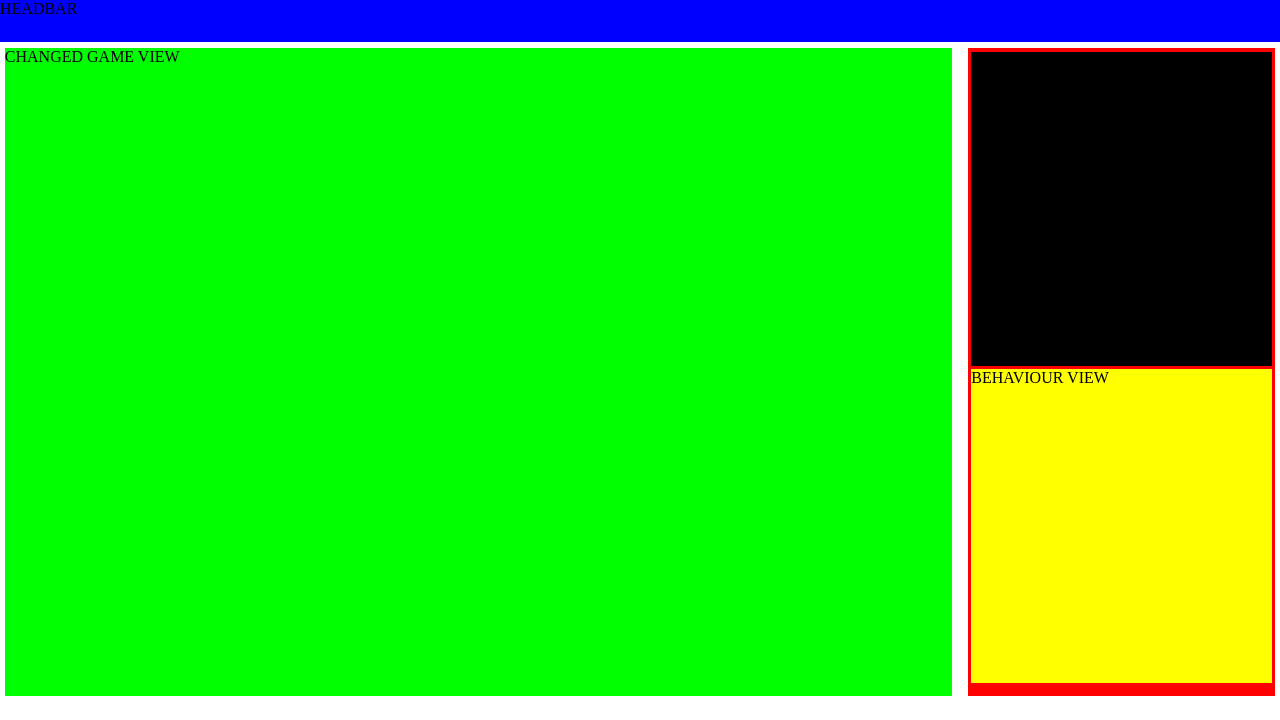
Repository: n-donnelly/onlinegameproto
Page: Content/main.html
The author's editor kept a record of every edit. The page is drawn from the files as they stood at one moment, then again after the next edit.
The browser window is 1280 px wide. The pictures show the whole page.

Above is the page before.

### Content/main.html
<!DOCTYPE html>
<!-- HTML5 Hello world by kirupa - http://www.kirupa.com/html5/getting_your_feet_wet_html5_pg1.htm -->
<html lang="en-us">

<head>
<meta charset="utf-8">
<link rel="stylesheet" type="text/css" href="/CSS/main.css">
<title>Online Game Prototyping Tool</title>
</head>

<body>

<div id="header">HEADBAR</div>

<div id="gameView">GAME VIEW
</div>

<div id="rightBar">
    <div id="objectView">OBJECT VIEW</div>
    <div id="behaviourView">BEHAVIOUR VIEW</div>
</div>

<script src="/scripts/jquery-2.1.3.min.js"></script>
<script src="/scripts/main.js"></script>

</body>
</html>

### CSS/main.css
#header {
    height: 42px;
    background: #0000ff;
    margin-bottom: 0.4em;
}

#gameView {
    float: left;
    background: #00ff00;
    width: 74%;
    height: 90%;
    position: absolute;
    margin-right: 0.4em;
    left: 0.3em;
}

#rightBar {
    right: 0.3em;
    background: #ff0000;
    width: 24%;
    height:90%;
    position: absolute;
}

#objectView {
    height: 48.5%;
    margin: 0.2em;
    background: #000000;
}

#behaviourView {
    height: 48.5%;
    margin: 0.2em;
    background: #ffff00;
}

body {
    margin: 0px;
}

### scripts/main.js
$("#gameView").html("CHANGED GAME VIEW")

Loaded but not shown: scripts/jquery-2.1.3.min.js (library)

After the next edit:
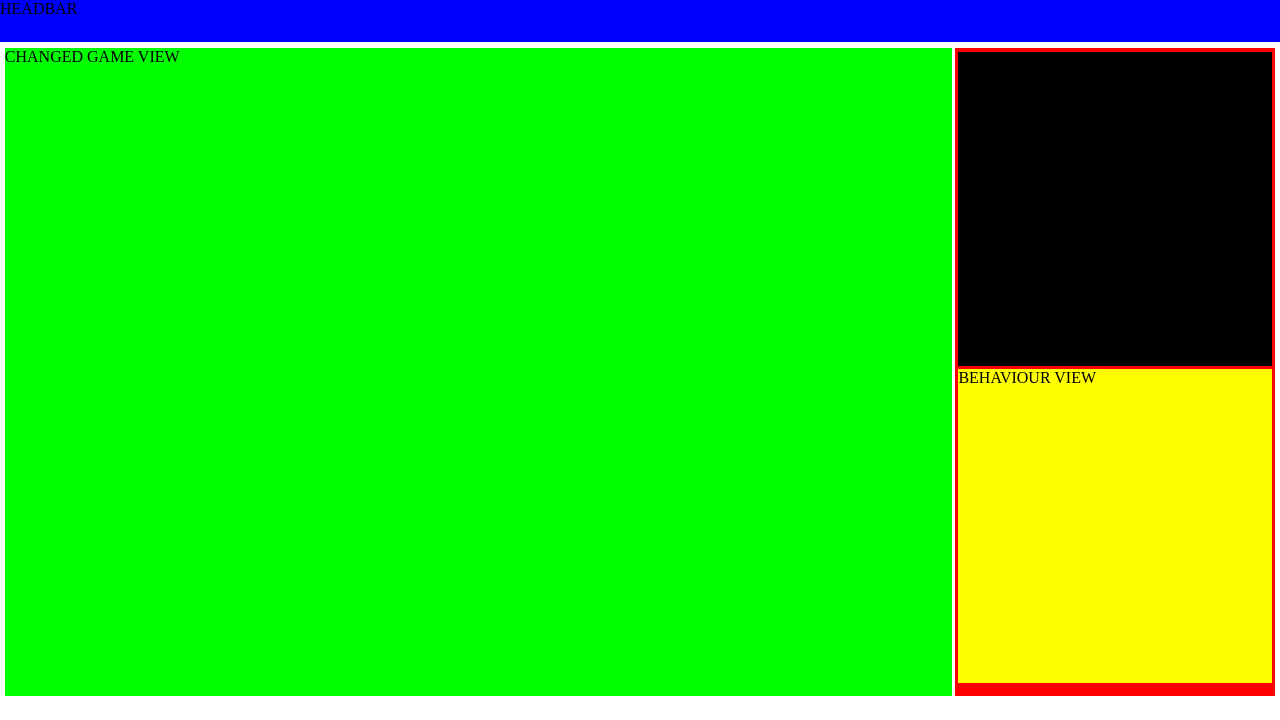
The edit:
--- a/CSS/main.css
+++ b/CSS/main.css
@@ -17,7 +17,7 @@
 #rightBar {
     right: 0.3em;
     background: #ff0000;
-    width: 24%;
+    width: 25%;
     height:90%;
     position: absolute;
 }
